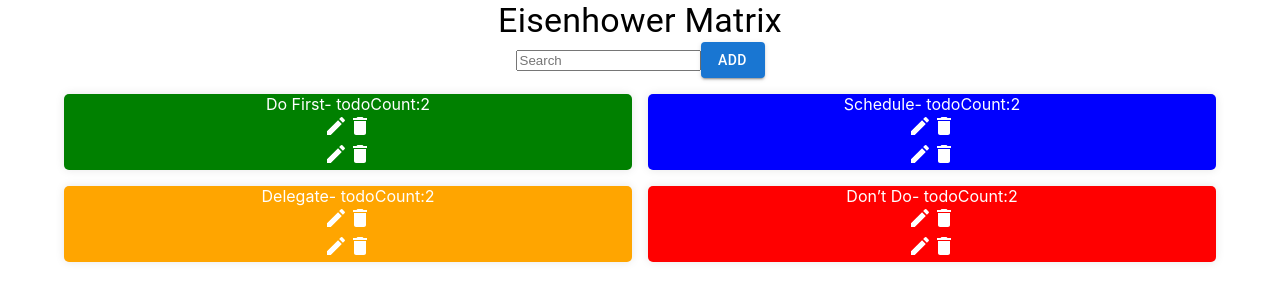
Repository: GokulDev4U/Krixi_react_assignment
Page: /
These files come from the project's save history. The page is drawn as it stood at one moment and after the next save; the edit follows.
The browser window is 1280 px wide. The pictures show the whole page.
The project was rebuilt for these pictures with package versions that can differ from the ones it lists, and the page was loaded fresh each time.

Above is the page before, as saved 2022-04-04 14:14:46.

After the next save:
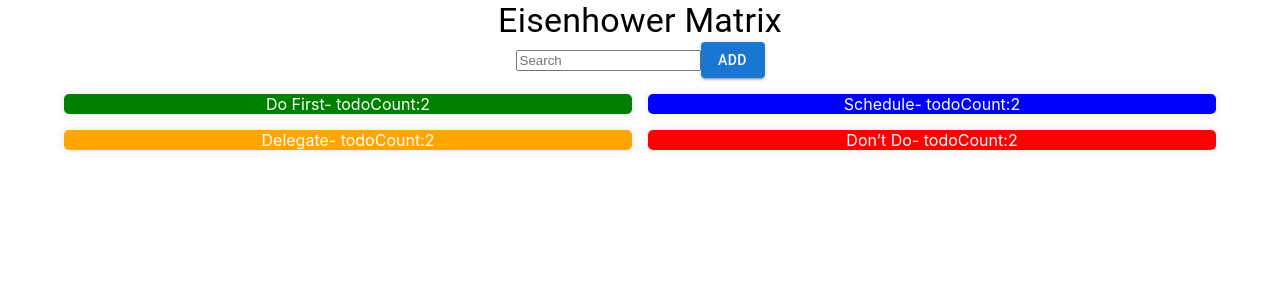
Saved 31 s later.
--- a/src/Components/card/Card.jsx
+++ b/src/Components/card/Card.jsx
@@ -14,13 +14,13 @@ const Card = ({ color, title }) => {
         {`${title}- todoCount:${2}`}
       </div>
       <div className="card-content">
-        {todos.map((todo, index) => (
+        {/* {todos.map((todo, index) => (
           <div key={index}>
             {todo}
             <EditIcon />
             <DeleteIcon />
           </div>
-        ))}
+        ))} */}
       </div>
     </div>
   );
